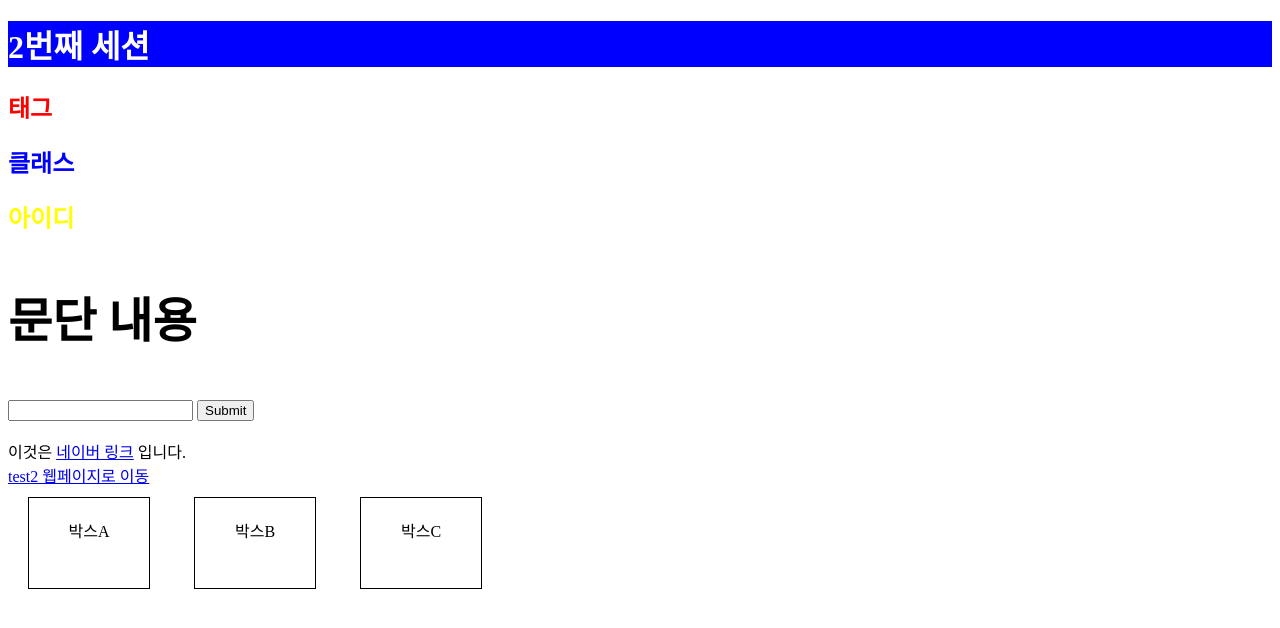
Repository: roseline0912/LikeLion
Page: Day1/test1.html
The author's editor kept a record of every edit. The page is drawn from the files as they stood at one moment, then again after the next edit.
The browser window is 1280 px wide. The pictures show the whole page.

Above is the page before.

### Day1/test1.html
<!DOCTYPE html>
<html lang="en">
<head>
    <meta charset="UTF-8">
    <meta name="viewport" content="width=device-width, initial-scale=1.0">
    <meta http-equiv="X-UA-Compatible" content="ie=edge">
    <title>likelion</title>
    <link rel="stylesheet" href="test.css" type="text/css" />
</head>
<body>
    <h1>2번째 세션</h1>

    <h2>태그</h2>
    <h2 class="firstClass">클래스</h2>
    <h2 id="firstId">아이디</h2>

    <p>문단 내용</p>

    <form method="get"> <!--default=get--> <!--Post는 암호화(토큰)해서 보내야함-->
        <input type="text" name="Survey"/>
        <input type="submit" value="Submit"/>
    </form>

    <br>이것은 <a href="https://www.naver.com" style="width:50%; height:50px">네이버 링크</a> 입니다.
    <br><a href="test2.html">test2 웹페이지로 이동</a>

    <br>
    <div>박스A</div>
    <div>박스B</div>
    <div id="boxC">박스C</div>

</body>
</html>

### Day1/test.css
h1{
   background-color: blue;
   color:white;
}

p {
    font-weight: bold;
    font-size: 3rem;
}

h2 {
    color: red;
}

.firstClass {
    color: blue;
}

#firstId {
    color: yellow;
}

div {
    border:1px solid black;
    border-radious: 30px;
    display:inline-block;
    width:100px;
    height:50px;

    text-align: center;
    vertical-align:middle;
    padding:20px 10px;     /*박스 내부에 여유를 줌*/
    margin:10px 20px;       /*박스 외부에 여유를 줌*/
    right: 30px;
}

After the next edit:
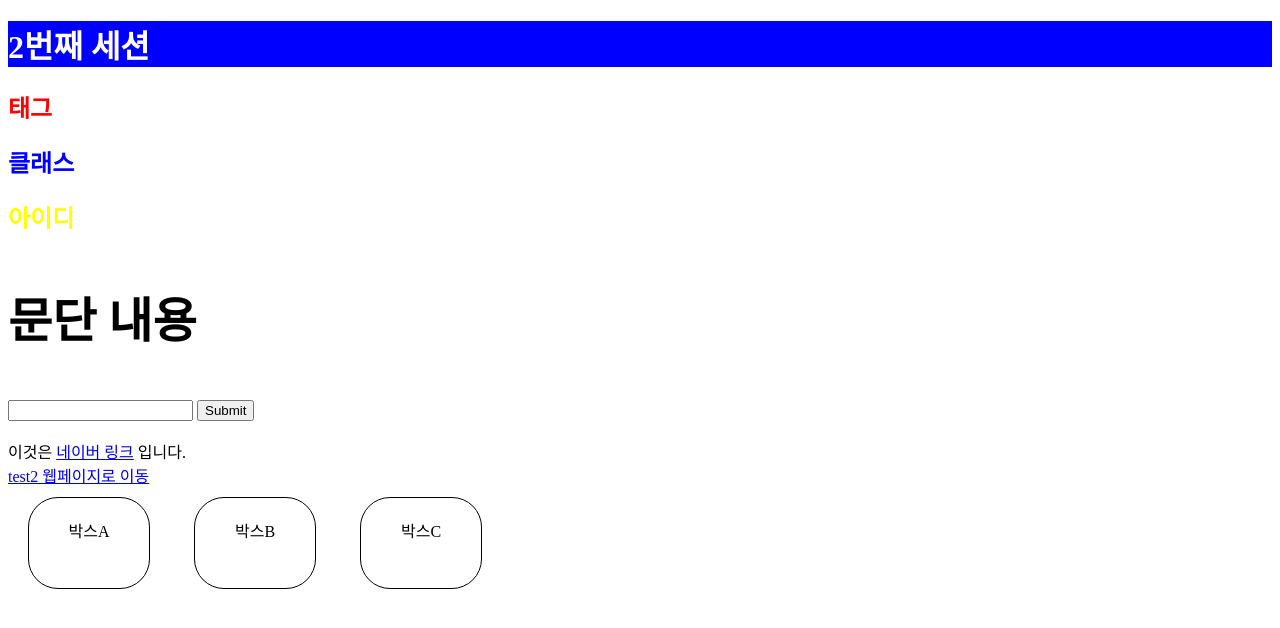
The edit:
--- a/Day1/test.css
+++ b/Day1/test.css
@@ -22,7 +22,7 @@
 
 div {
     border:1px solid black;
-    border-radious: 30px;
+    border-radius: 30px;
     display:inline-block;
     width:100px;
     height:50px;
